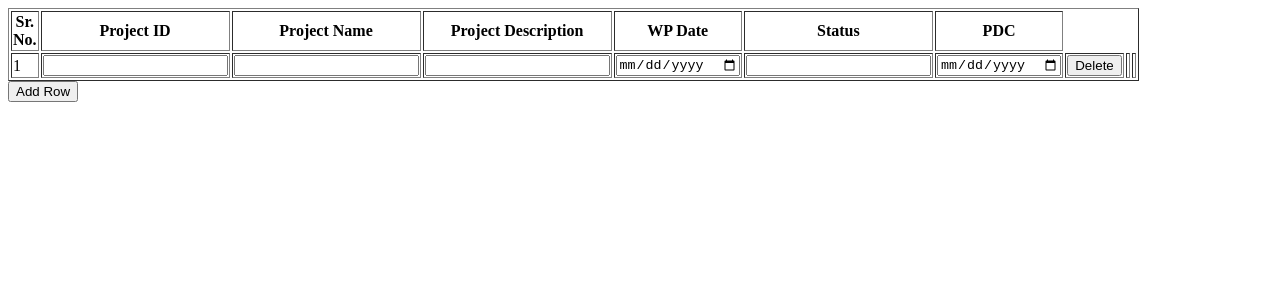
Repository: AdarshK062/BasicServlet
Page: http://localhost/Project1/index2.jsp
These files come from the project's save history. The page is drawn as it stood at one moment and after the next save; the edit follows.
The browser window is 1280 px wide. The pictures show the whole page.
The page is served by Tomcat 9. Other server files are loaded and not shown.

Above is the page before, as saved 2021-03-28 20:29:37.

### Project1/WebContent/index2.jsp
<%@ page language="java" contentType="text/html; charset=ISO-8859-1"
    pageEncoding="ISO-8859-1"%>
<!DOCTYPE html>
<html>
<head>
<meta charset="ISO-8859-1">
<title>Insert title here</title>
</head>
<body>
<%@ page import="BasicServlet.*" %>
<%
HttpSession s= request.getSession(true);
Employee emp=(Employee) s.getAttribute("emp");
DBConnect db=(DBConnect)s.getAttribute("db");
%>

<script>
	function addRow(tableID) {
        var table = document.getElementById(tableID);
        var rowCount = table.rows.length;
        var row = table.insertRow(rowCount);

        var cell0 = row.insertCell(0);
        var cell1 = row.insertCell(1);
        var cell2 = row.insertCell(2);
        var cell3 = row.insertCell(3);
        var cell4 = row.insertCell(4);
        var cell5 = row.insertCell(5);
        var cell6 = row.insertCell(6);
        var cell7 = row.insertCell(7);
        cell0.innerHTML = rowCount;

        var element1 = document.createElement("input");
        element1.type = "text";
        element1.setAttribute('value', '');
        element1.setAttribute('name', 'projectId'+(rowCount+1));
        cell1.appendChild(element1);

        var element2 = document.createElement("input");
        element2.type = "text";
        element2.setAttribute('value', '');
        element2.setAttribute('name', 'projectName'+(rowCount+1));
        cell2.appendChild(element2);

        var element3 = document.createElement("input");
        element3.type = "text";
        element3.setAttribute('value', '');
        element3.setAttribute('name', 'projectDesc'+(rowCount+1));
        cell3.appendChild(element3);

        var element4 = document.createElement("input");
        element4.type = "date";
        element4.setAttribute('name', 'WPDate'+(rowCount+1));
        cell4.appendChild(element4);

        var element5 = document.createElement("input");
        element5.type = "text";
        element5.setAttribute('value', '');
        element5.setAttribute('name', 'status'+(rowCount+1));
        cell5.appendChild(element5);

        var element6 = document.createElement("input");
        element6.type = "date";
        element6.setAttribute('name', 'PDC'+(rowCount+1));
        cell6.appendChild(element6);

        var element7 = document.createElement("input");
        element7.type = "button";
        element7.name = "button"+(rowCount + 1);
        element7.setAttribute('value', 'Delete');
        element7.onclick = function () { removeRow("button"+(rowCount + 1)); }
        cell7.appendChild(element7);
    }
    function removeRow(btnName) {
        try {
            var table = document.getElementById('dataTable');
            var rowCount = table.rows.length;
            for(var i = 0; i < rowCount; i++){
                var row = table.rows[i];
                var rowObj = row.cells[6].childNodes[0];
                if (rowObj.name == btnName) {
                    table.deleteRow(i);
                    rowCount--;
                    break;
                }
            }
        }
        catch (e) {
            alert(e);
        }
    }
</SCRIPT>



	<TABLE id="dataTable" border="1">
		<TR>
			<TH>Sr.<br> No.</TH>
			<TH>Project ID</TH>
			<TH>Project Name</TH>
			<TH>Project Description</TH>
			<TH>WP Date</TH>
			<TH>Status</TH>
			<TH>PDC</TH>
		</TR>
		<TR>
			<TD>1</TD>
			<TD><input type="text" value="" name="projectId1"></TD>
			<TD><input type="text" value="" name="projectName1"></TD>
			<TD><input type="text" value="" name="projectDesc1"></TD>
			<TD><input type="date" value="" name="WPDate1"></TD>
			<TD><input type="text" value="" name="status1"></TD>
			<TD><input type="date" value="" name="PDC1"></TD>
			<TD><input type="button" name="button1" value="Delete" onclick="removeRow('button1')"></TD>
			<TD><TD>
		</TR>
	</TABLE>
	<INPUT type="button" value="Add Row" onclick="addRow('dataTable')" />
</body>
</html>

After the next save:
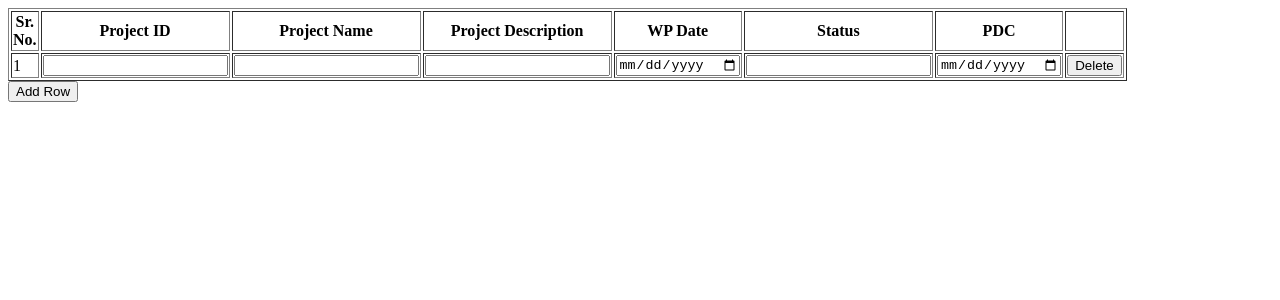
Saved 35 s later.
--- a/Project1/WebContent/index2.jsp
+++ b/Project1/WebContent/index2.jsp
@@ -102,6 +102,7 @@ DBConnect db=(DBConnect)s.getAttribute("db");
 			<TH>WP Date</TH>
 			<TH>Status</TH>
 			<TH>PDC</TH>
+			<TH></TH>
 		</TR>
 		<TR>
 			<TD>1</TD>
@@ -112,7 +113,6 @@ DBConnect db=(DBConnect)s.getAttribute("db");
 			<TD><input type="text" value="" name="status1"></TD>
 			<TD><input type="date" value="" name="PDC1"></TD>
 			<TD><input type="button" name="button1" value="Delete" onclick="removeRow('button1')"></TD>
-			<TD><TD>
 		</TR>
 	</TABLE>
 	<INPUT type="button" value="Add Row" onclick="addRow('dataTable')" />
